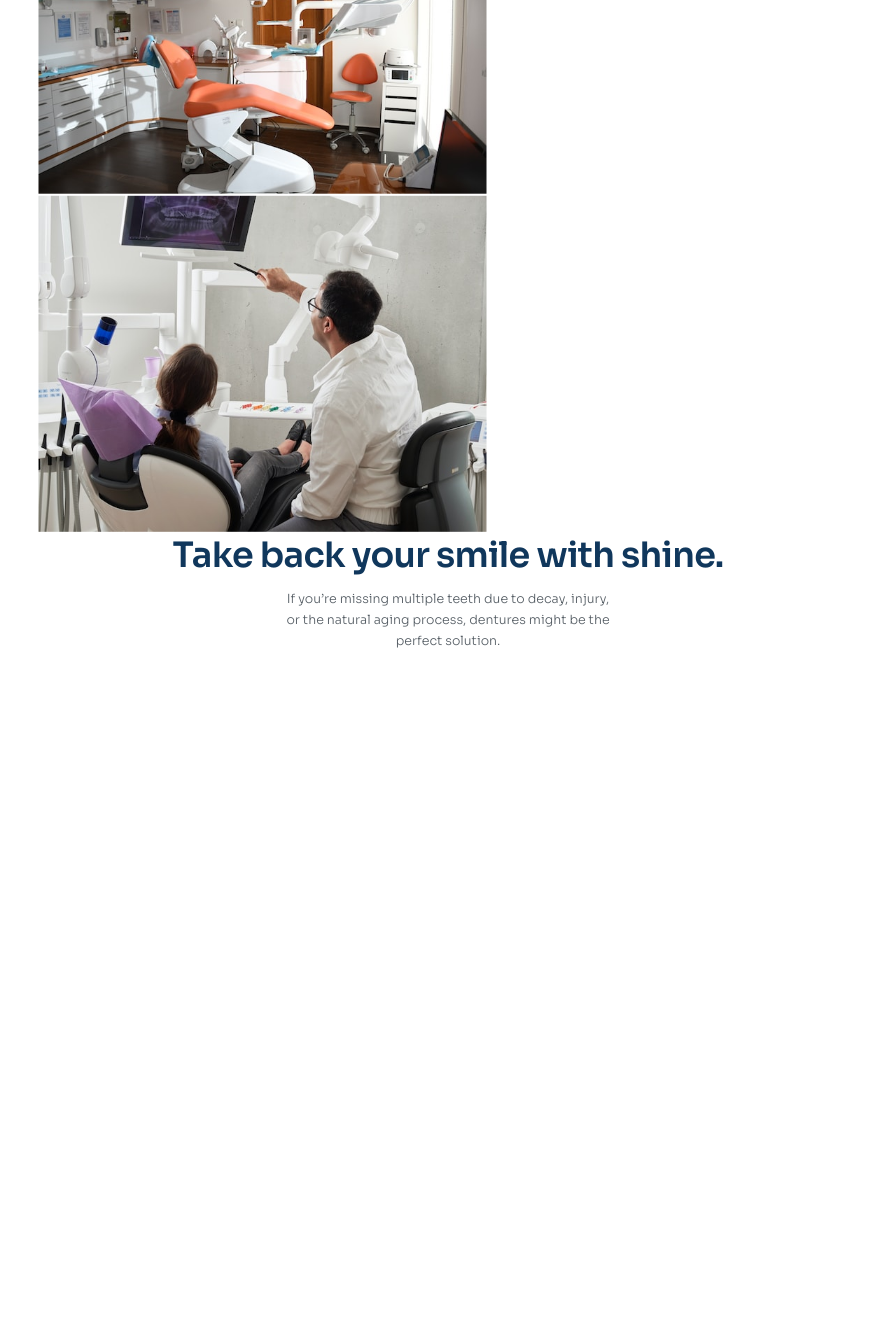
Repository: han2003dz/f8-project-03
Page: index.html
The author's editor kept a copy of each file at every save. The page is drawn from the files as they stood at one save, then again after a run of saves.
The browser window is 1280 px wide. The pictures show the part of the page from y = 2854 to 4774 px (the page is 6000 px tall), at 70% of full size.

Above is the page before, as saved 2023-05-06 20:51:25.

After the next 3 saves:
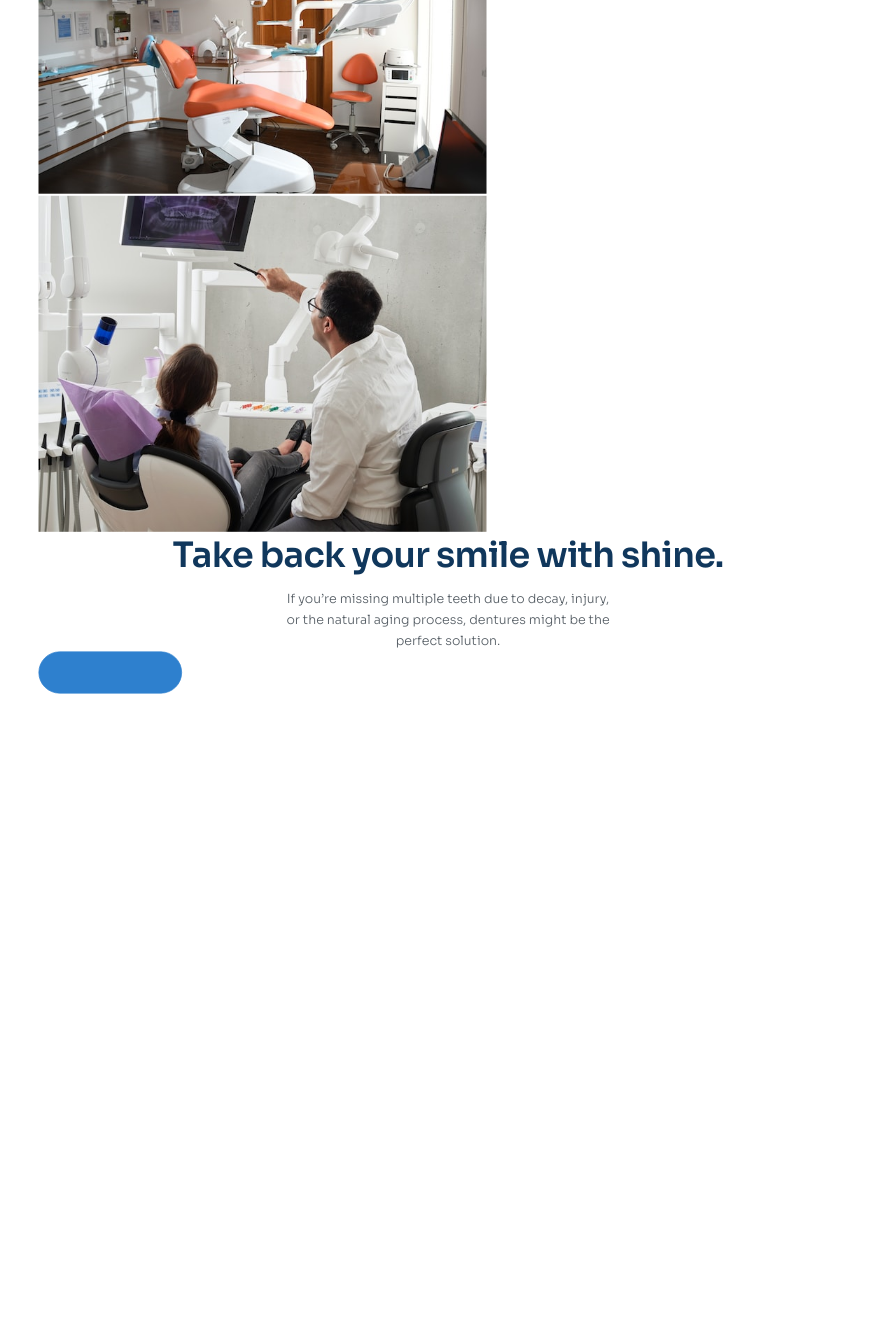
The 3 saves are shown as one change because they came seconds apart.
The last was saved 12 s later.
--- a/index.html
+++ b/index.html
@@ -215,7 +215,7 @@
                     <p class="section-desc">If you’re missing multiple teeth due to decay, injury, or the natural aging
                         process, dentures might be the perfect solution.
                     </p>
-
+                    <a href="" class="btn"></a>
                 </section>
             </div>
         </div>
